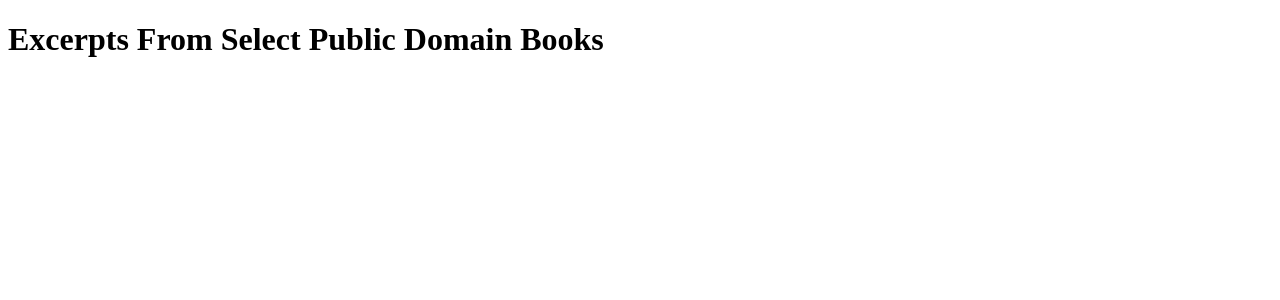
Repository: rishondass/ITMD361-Lab3
Page: index.html
An editor plug-in stored every save of this project. The page is shown before and after the next save, followed by the edit.
The browser window is 1280 px wide. The pictures show the whole page.

Above is the page before, as saved 2023-01-13 14:26:17.

After the next save:
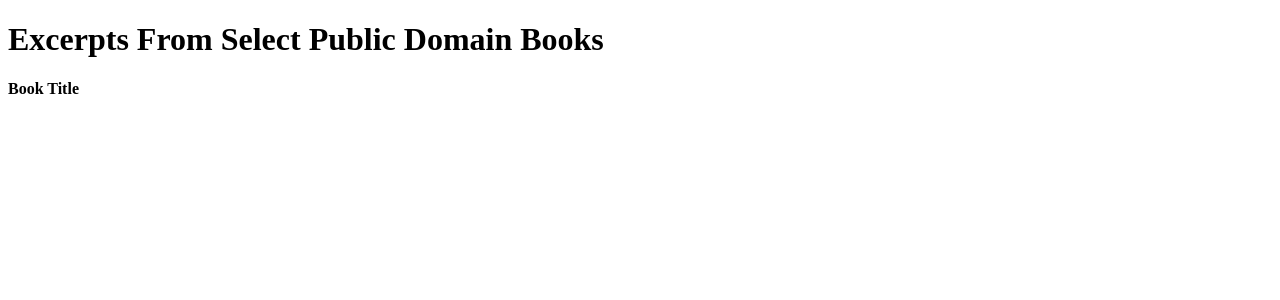
Saved 8 s later.
--- a/index.html
+++ b/index.html
@@ -9,7 +9,9 @@
 <body>
     <h1>Excerpts From Select Public Domain Books</h1>
     <table>
-        <thead></thead>
+        <thead>
+            <strong>Book Title</strong>
+        </thead>
     </table>
 </body>
 </html>
